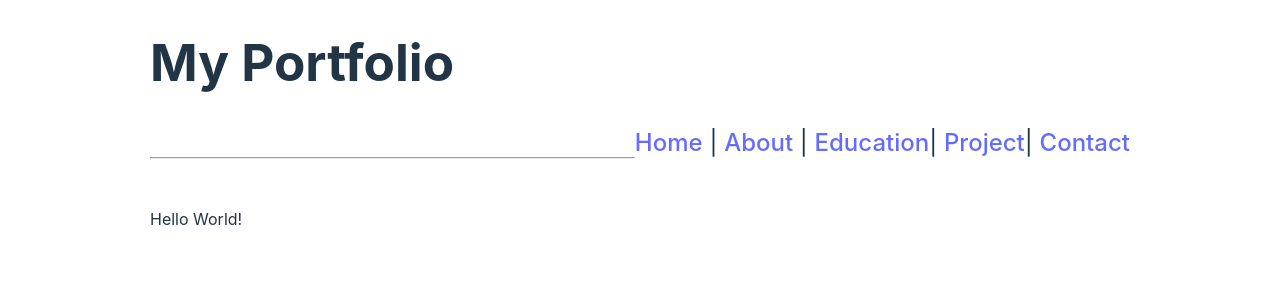
Repository: Eddie000321/portfolio
Page: / (app in client/)
The author's editor kept a copy of each file at every save. The page is drawn from the files as they stood at one save, then again after a run of saves.
The browser window is 1280 px wide. The pictures show the whole page.
The project was rebuilt for these pictures with package versions that can differ from the ones it lists, and the page was loaded fresh each time. Also part of the build but not shown: client/vite.config.js, client/src/about.jsx, client/src/contact.jsx, client/src/education.jsx, client/src/project.jsx.

Above is the page before, as saved 2025-05-10 09:34:48.

After the next 2 saves:
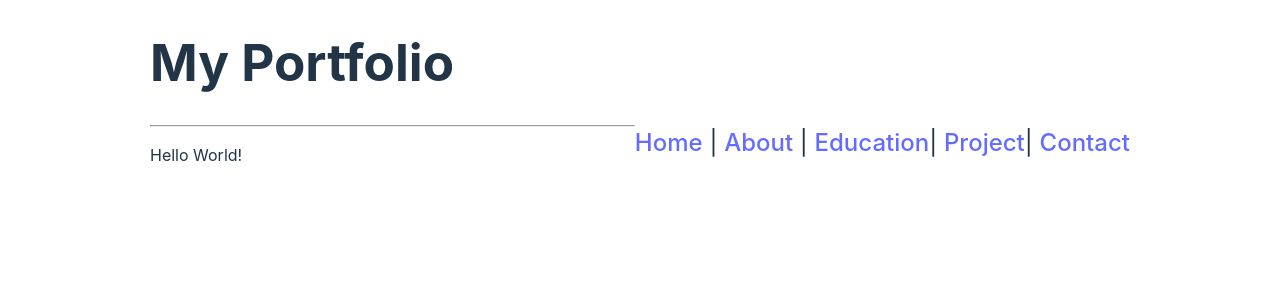
The 2 saves are shown as one change because they came seconds apart.
The last was saved 7 s later.
--- a/client/components/Layout.jsx
+++ b/client/components/Layout.jsx
@@ -1,17 +1,16 @@
 import React from "react";
 import { Link } from "react-router-dom";
+
 export default function Layout() {
   return (
     <>
-            <h1>My Portfolio</h1>     {" "}
+      <h1>My Portfolio</h1>
       <nav>
-                <Link to="/">Home</Link> | <Link to="/about">About</Link> |{" "}
+        <Link to="/">Home</Link> | <Link to="/about">About</Link> |{" "}
         <Link to="/education">Education</Link>|{" "}
         <Link to="/project">Project</Link>| <Link to="/contact">Contact</Link>
-           {" "}
       </nav>
-               <br />
-            <hr />         {" "}
+      <hr />
     </>
   );
 }
